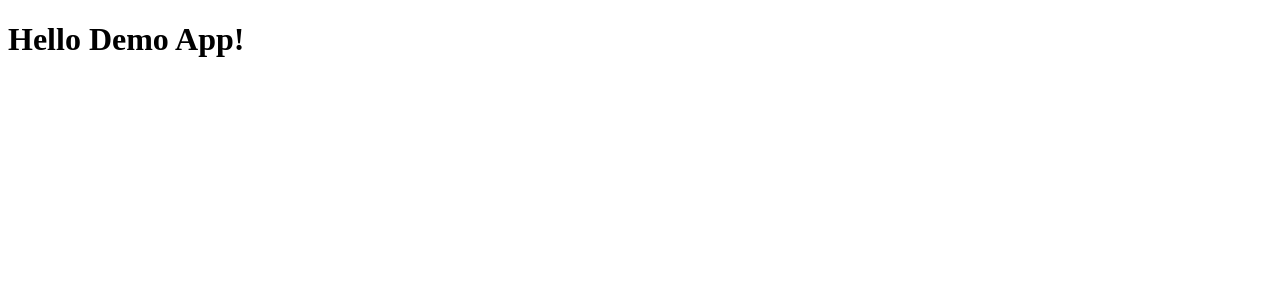
Repository: ericp84/hello-world
Page: demo/src/main/resources/static/index.html
An editor plug-in stored every save of this project. The page is shown before and after the next save, followed by the edit.
The browser window is 1280 px wide. The pictures show the whole page.

Above is the page before, as saved 2021-11-04 09:15:18.

### demo/src/main/resources/static/index.html
<!DOCTYPE html>
<html>
<head>

<meta charset="UTF-8">
<title>HEllo demo app !</title>

</head>
<body>
	<h1>Hello Demo App!</h1>
</body>
</html>

After the next save:
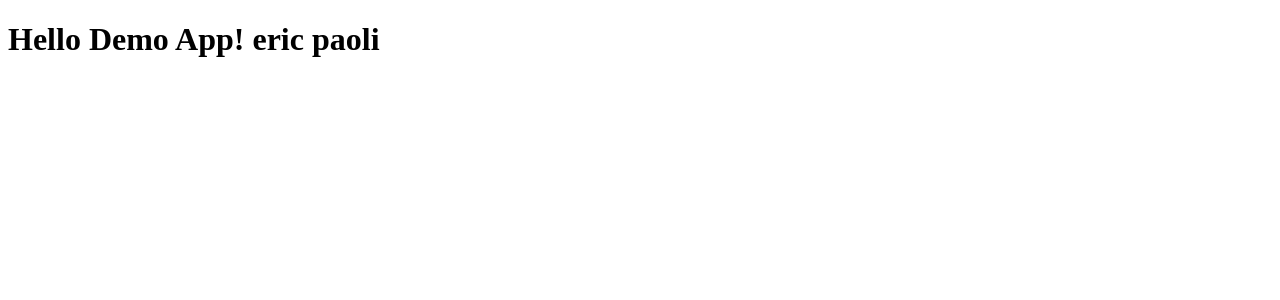
Saved 15 s later.
--- a/demo/src/main/resources/static/index.html
+++ b/demo/src/main/resources/static/index.html
@@ -7,6 +7,6 @@
 
 </head>
 <body>
-	<h1>Hello Demo App!</h1>
+	<h1>Hello Demo App! eric paoli</h1>
 </body>
 </html>
